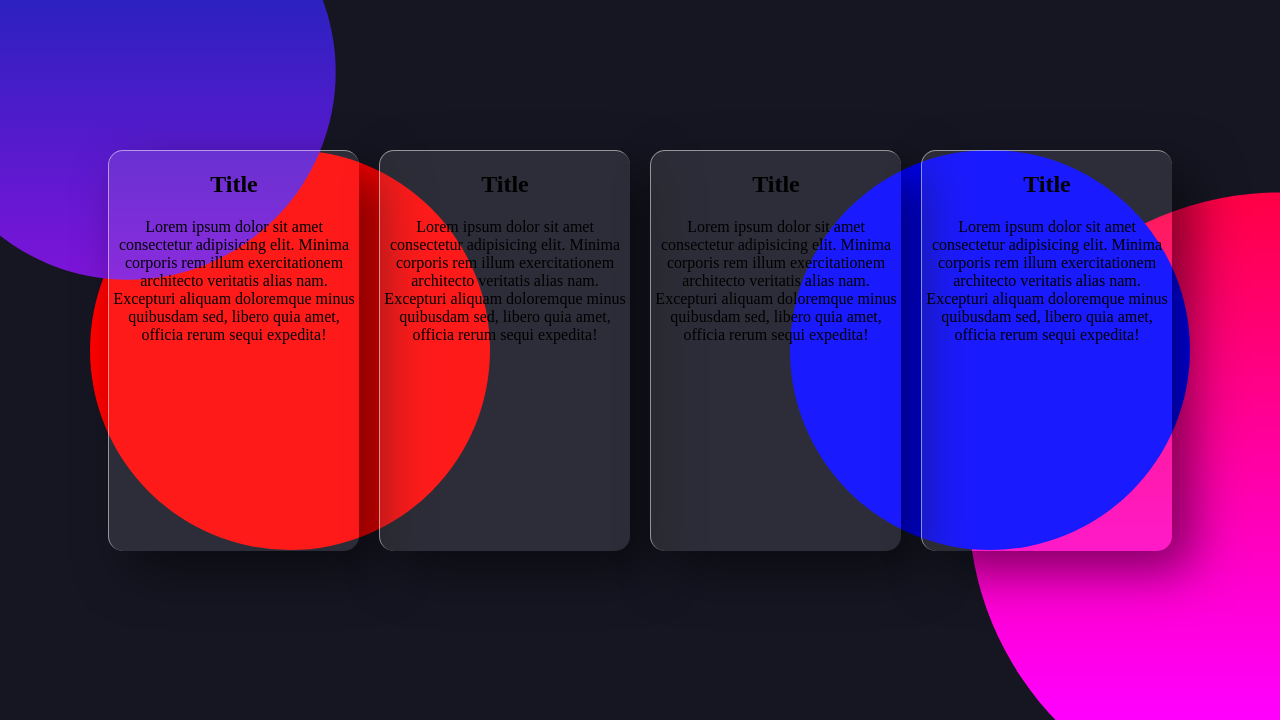
Repository: dovanluyen1996/Test-Git-PR
Page: index.html
An editor plug-in stored every save of this project. The page is shown before and after the next save, followed by the edit.
The browser window is 1280 px wide. The pictures show the whole page.

Above is the page before, as saved 2021-09-07 00:01:40.

After the next save:
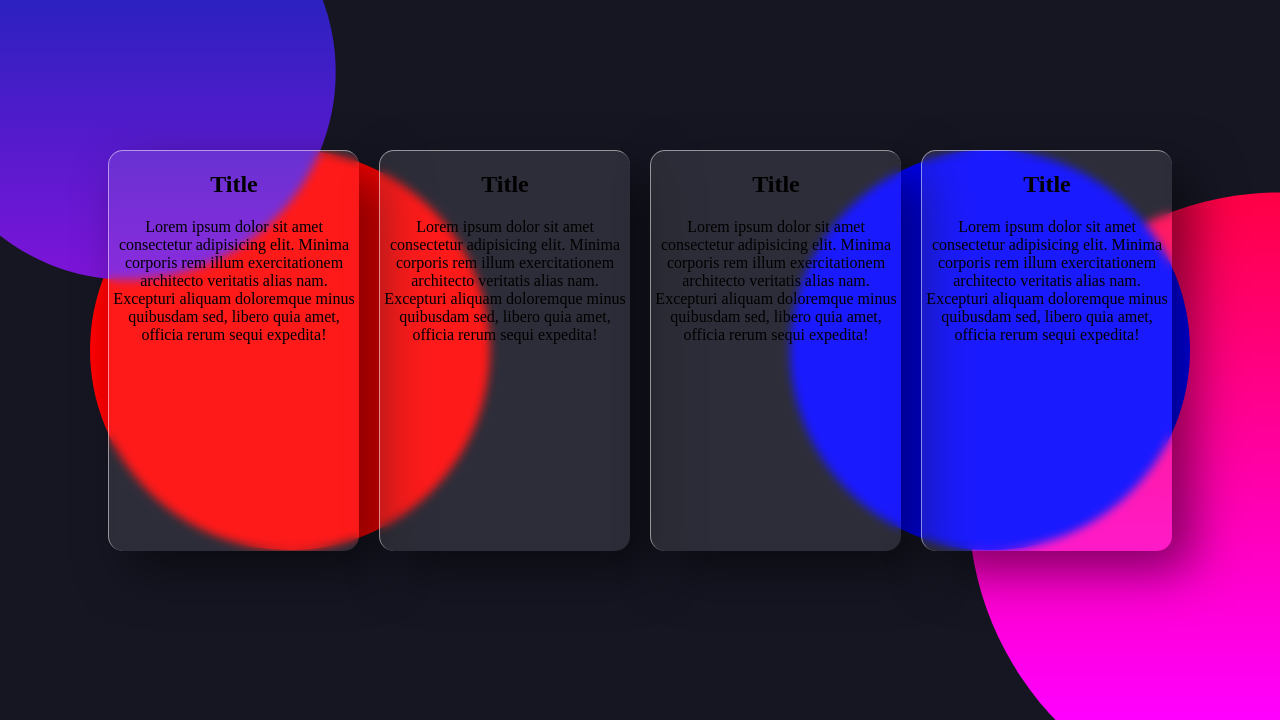
Saved 38 s later.
--- a/css/style.css
+++ b/css/style.css
@@ -51,6 +51,7 @@ body::after {
   border-left: 1px solid rgba(255, 255, 255, 0.5);
   box-shadow: 20px 20px 50px rgba(0, 0, 0, 0.5);
   background: rgba(255, 255, 255, 0.1);
+  backdrop-filter: blur(5px);
 }
 .center {
   margin-top: 150px;
